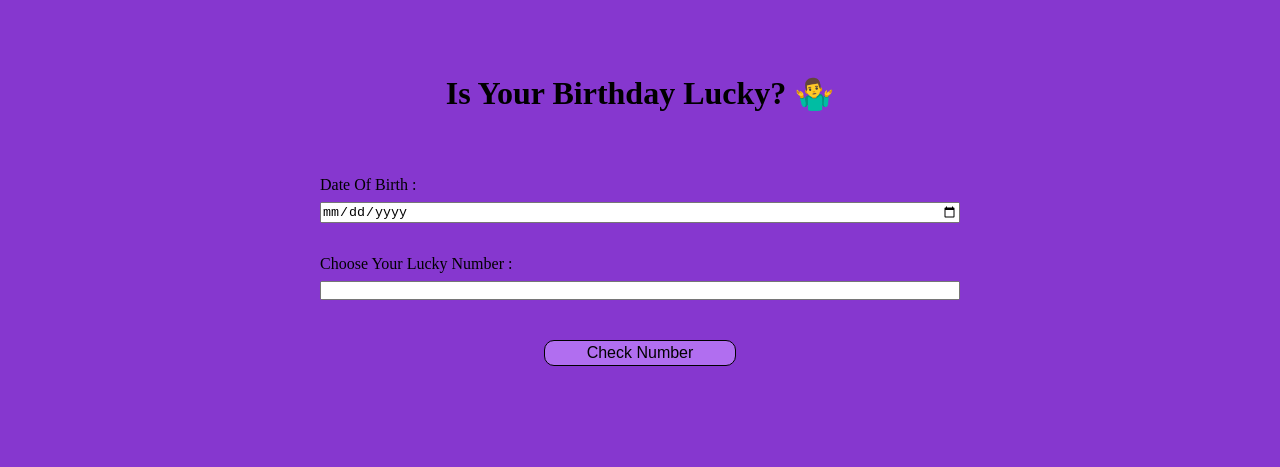
Repository: patelamancode/Lucky-Birthday-App
Page: index.html
An editor plug-in stored every save of this project. The page is shown before and after the next save, followed by the edit.
The browser window is 1280 px wide. The pictures show the whole page.

Above is the page before, as saved 2022-11-21 18:20:30.

After the next save:
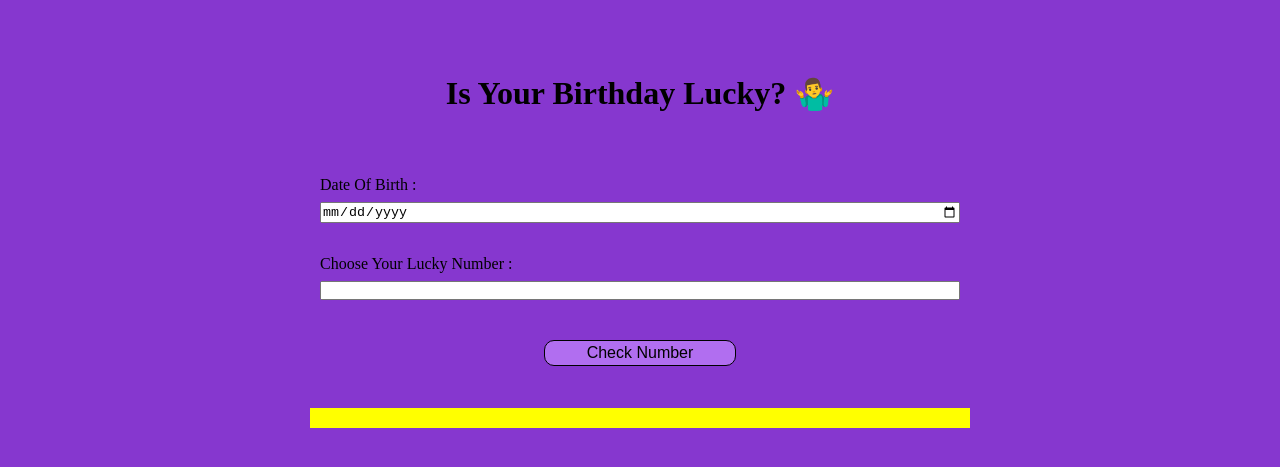
Saved 31 s later.
--- a/index.css
+++ b/index.css
@@ -45,4 +45,9 @@
  #graphic-container{
     display: flex;
     background-color: yellow;
+    width: 50vw;
+    margin: auto;
+    margin-top: 2rem;
+    padding: 10px;
+    text-align: center;
  }
